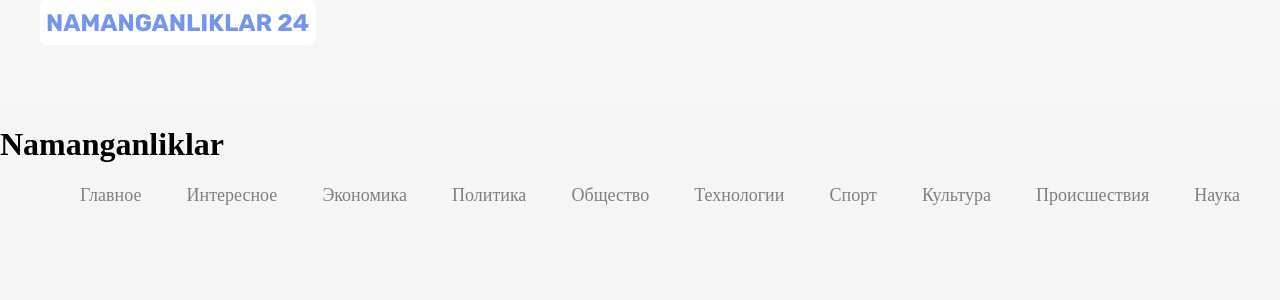
Repository: UlugbekAbdurasulov/projekt
Page: index.html
The author's editor kept a copy of each file at every save. The page is drawn from the files as they stood at one save, then again after a run of saves.
The browser window is 1280 px wide. The pictures show the whole page.

Above is the page before, as saved 2023-05-29 16:12:06.

### index.html
<!DOCTYPE html>
<html lang="ru">
  <head>
    <meta charset="UTF-8" />
    <meta http-equiv="X-UA-Compatible" content="IE=edge" />
    <meta name="viewport" content="width=device-width, initial-scale=1.0" />
    <title>Document</title>
  </head>
  <link rel="stylesheet" href="./css/main.css" />
  <body>
    <header class="navbar">
      <div class="container">
        <div>
          <img src="./images/logo.svg" alt="" />
          <ul>
            <li></li>
          </ul>
        </div>
      </div>
    </header>

    <h1>Namanganliklar </h1>
    <div class="container">
      <ul class="menu">
        <li class="menu-text">Главное</li>
        <li class="menu-text">Интересное</li>
        <li class="menu-text">Экономика</li>
        <li class="menu-text">Политика</li>
        <li class="menu-text">Общество</li>
        <li class="menu-text">Технологии</li>
        <li class="menu-text">Спорт</li>
        <li class="menu-text">Культура</li>
        <li class="menu-text">Происшествия</li>
        <li class="menu-text">Наука</li>
      </ul>
    </div>
  </body>
</html>

### css/main.css
* {
    box-sizing: border-box;
    text-decoration: none;
    list-style: none;
  }

body {
    margin: 0;
    padding: 0;
    background-color: #f5f5f5;
  }
  .container {
    width: 1240px;
    margin: 0px auto;
    padding: 0px 20px;
  }
.navbar{
background-color:#F6F6F6;
height: 105px;
}
.menu{
    display: flex;
    justify-content: space-between;
}
.menu-text{
    font-family: 'Rubik';
font-style: normal;
font-weight: 500;
font-size: 18px;
line-height: 21px;
text-align: center;
color: #7F7F7F;
}
.visually-hidden {
    position: absolute;
    width: 1px;
    height: 1px;
    margin: -1px;
    padding: 0;
    overflow: hidden;
    border: 0;
    clip: rect(0 0 0 0)
  }

After the next 3 saves:
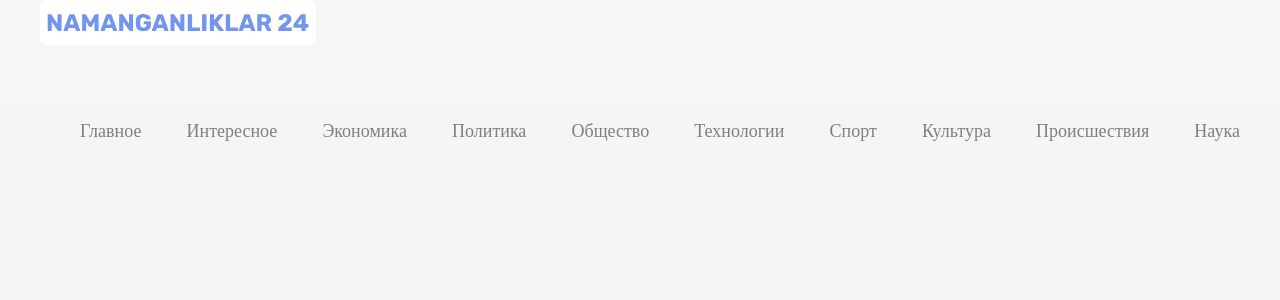
The 3 saves are shown as one change because they came seconds apart.
The last was saved 13 s later.
--- a/index.html
+++ b/index.html
@@ -19,7 +19,7 @@
       </div>
     </header>
 
-    <h1>Namanganliklar </h1>
+    <h1 class="visually-hidden">Namanganliklar haqida yangliklar</h1>
     <div class="container">
       <ul class="menu">
         <li class="menu-text">Главное</li>
